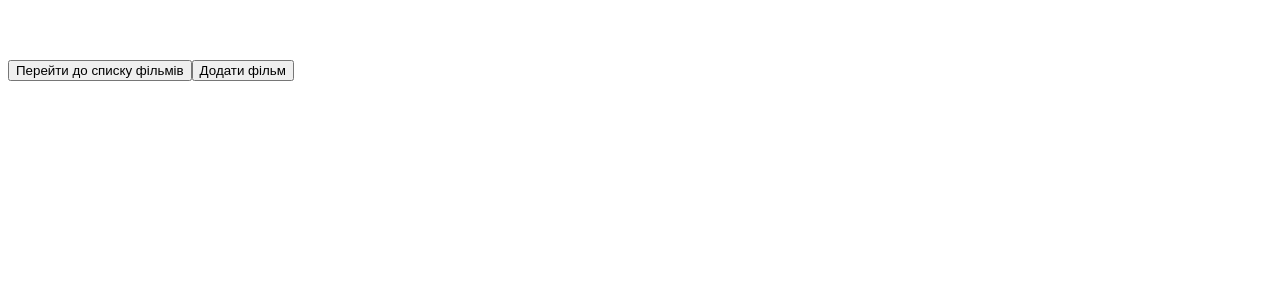
Repository: kristinap8/movies-gallery
Page: /
An editor plug-in stored every save of this project. The page is shown before and after the next save, followed by the edit.
The browser window is 1280 px wide. The pictures show the whole page.
The project was rebuilt for these pictures with package versions that can differ from the ones it lists, and the page was loaded fresh each time. Also part of the build but not shown: src/pages/Movie/index.vue, src/pages/AddMovie/index.vue, src/components/MovieInfo/index.vue, src/components/MoviesList/index.vue, src/pages/AllMovies/index.vue.

Above is the page before, as saved 2020-11-15 13:59:43.

After the next save:
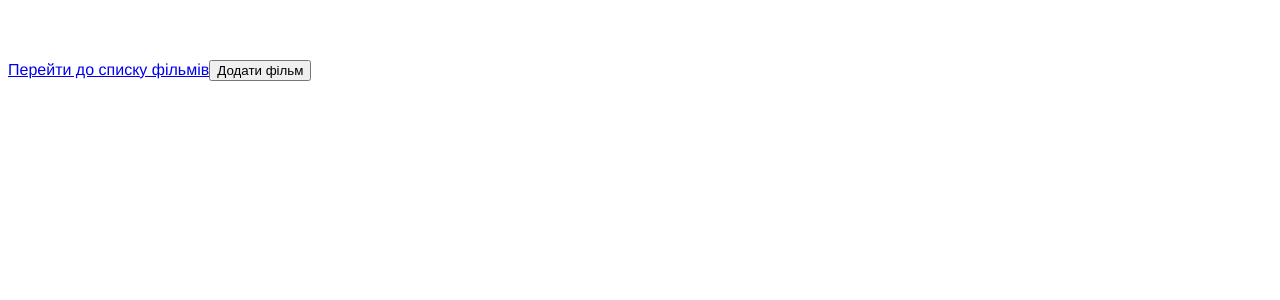
Saved 2 min 0 s later.
--- a/src/pages/Home/index.vue
+++ b/src/pages/Home/index.vue
@@ -1,6 +1,8 @@
 <template>
     <div>
-       <router-link to="/all_movies" tag='button'>Перейти до списку фільмів</router-link>
+        <b-button>
+       <router-link to="/all_movies">Перейти до списку фільмів</router-link>
+       </b-button>
        <router-link to="/add_movie" tag='button'>Додати фільм</router-link>
    </div>
 </template>
